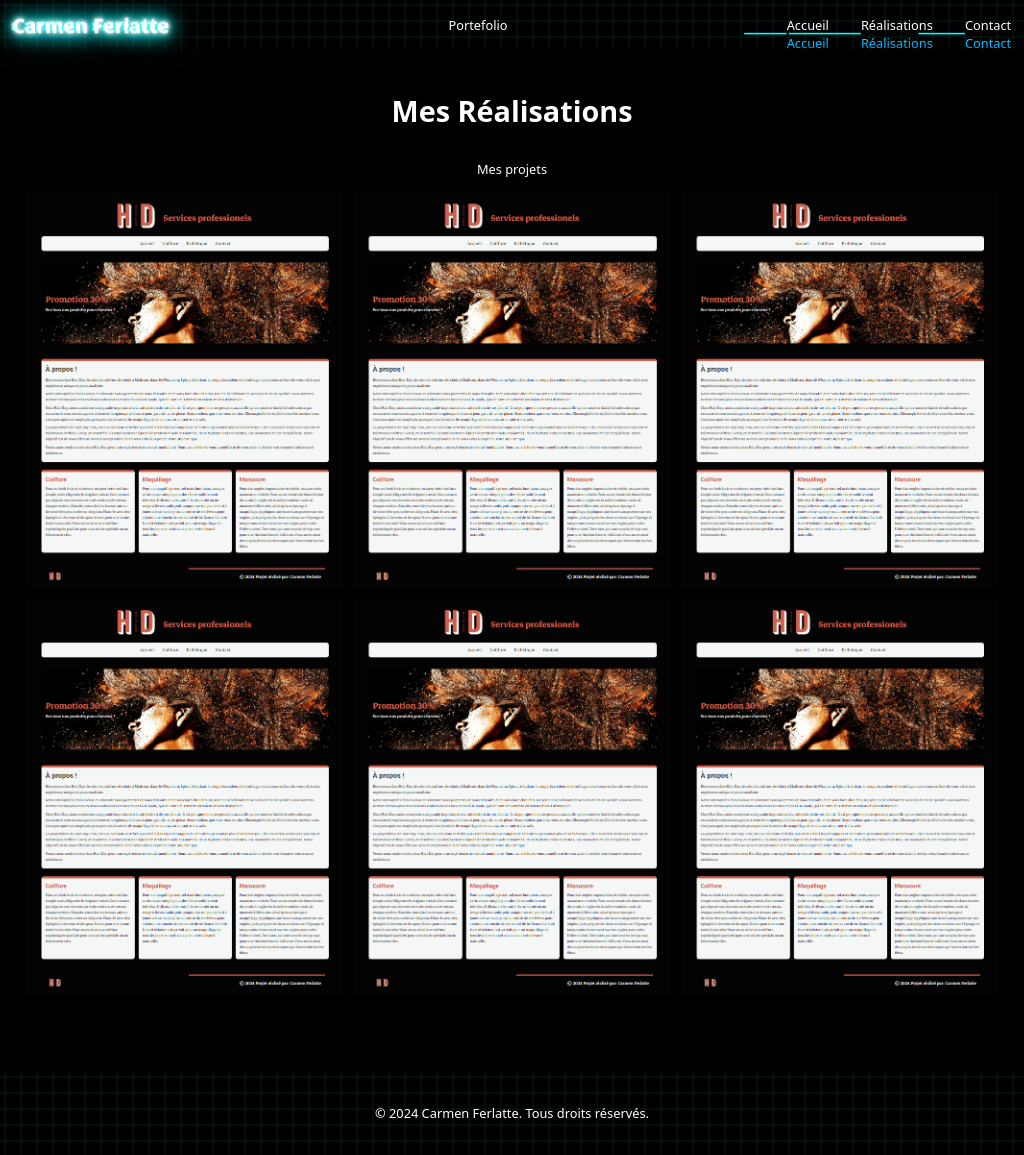
Repository: CarmenFerlatte/TP3__FerlatteCarmen
Page: realisations.html
An editor plug-in stored every save of this project. The page is shown before and after the next save, followed by the edit.
The browser window is 1280 px wide. The pictures show the whole page, at 80% of full size.
Some web libraries are served in a nearby version.

Above is the page before, as saved 2024-08-14 14:47:58.
Console error: TypeError: Cannot read properties of null (reading 'addEventListener')

### realisations.html
<!DOCTYPE html>
<html lang="fr-ca">
<head>
    <meta charset="UTF-8">
    <meta name="viewport" content="width=device-width, initial-scale=1.0">
    <link href="https://cdn.jsdelivr.net/npm/tailwindcss@2.2.19/dist/tailwind.min.css" rel="stylesheet">
    <title>Mon Portefolio</title>
    <script src="https://cdn.tailwindcss.com"></script>
    <link rel="stylesheet" href="https://cdnjs.cloudflare.com/ajax/libs/font-awesome/6.4.0/css/all.min.css">
    <link rel="stylesheet" href="css/navbar.css">
    <script src="https://code.jquery.com/jquery-3.6.0.min.js"></script>
    <script src="js/navbar.js" defer></script>
    <script src="js/script.js" defer></script>
    <script src="js/header.js" defer></script>
    <script>
        $(function(){
            $("#header").load("assets/php/header.html");
            $("#footer").load("assets/php/footer.html");
        });
    </script>
</head>

<body class="bg-black text-white h-dvh">
    <header id="header"></header>

<main>
    <section class="container mx-auto px-4 py-20">
        <h1 class="text-4xl font-bold text-center mb-10 pt-10">Mes Réalisations</h1>
        <h2 class="text-center ">Mes projets</h2>

        <div class="grid grid-cols-2 md:grid-cols-3 gap-3 p-4 w-full m-auto place-items-center">
            <img class="hover:opacity-75" src="img/screenshots/mon_projet__01__salon_de_coiffure.png" alt="image">
            <img class="hover:opacity-75" src="img/screenshots/mon_projet__01__salon_de_coiffure.png" alt="image">
            <img class="hover:opacity-75" src="img/screenshots/mon_projet__01__salon_de_coiffure.png" alt="image">
            <img class="hover:opacity-75" src="img/screenshots/mon_projet__01__salon_de_coiffure.png" alt="image">
            <img class="hover:opacity-75" src="img/screenshots/mon_projet__01__salon_de_coiffure.png" alt="image">
            <img class="hover:opacity-75" src="img/screenshots/mon_projet__01__salon_de_coiffure.png" alt="image">
        </div>
    </section>
</main>

    <footer id="footer"></footer>
</body>
</html>

### css/navbar.css
@keyframes neon-pulse {
    0%, 100% { text-shadow: 0 0 5px #fff, 0 0 10px #fff, 0 0 15px #fff, 0 0 20px #00ffff, 0 0 35px #00ffff, 0 0 40px #00ffff, 0 0 50px #00ffff, 0 0 75px #00ffff; }
    50% { text-shadow: 0 0 2px #fff, 0 0 5px #fff, 0 0 7px #fff, 0 0 10px #00ffff, 0 0 17px #00ffff, 0 0 20px #00ffff, 0 0 25px #00ffff, 0 0 37px #00ffff; }
}

.neon-text {
    animation: neon-pulse 1.5s infinite alternate;
}

.bg-animated {
    background: linear-gradient(-45deg, #000000, #1a1a1a, #000033, #003366);
    background-size: 400% 400%;
    animation: gradient 15s ease infinite;
}

@keyframes gradient {
    0% { background-position: 0% 50%; }
    50% { background-position: 100% 50%; }
    100% { background-position: 0% 50%; }
}

.cyber-grid {
    background-image: linear-gradient(rgba(0, 255, 255, 0.1) 1px, transparent 1px),
                      linear-gradient(90deg, rgba(0, 255, 255, 0.1) 1px, transparent 1px);
    background-size: 20px 20px;
    animation: cyber-grid-move 20s linear infinite;
}

@keyframes cyber-grid-move {
    0% { background-position: 0 0; }
    100% { background-position: 20px 20px; }
}

.nav-link {
    position: relative;
    overflow: hidden;
}

.nav-link::before {
    content: '';
    position: absolute;
    bottom: 0;
    left: 0;
    width: 100%;
    height: 2px;
    background-color: #00ffff;
    transform: translateX(-100%);
    transition: transform 0.3s ease;
}

.nav-link:hover::before {
    transform: translateX(0);
}

.nav-link::after {
    content: attr(data-text);
    position: absolute;
    top: 0;
    left: 0;
    width: 100%;
    height: 100%;
    display: flex;
    align-items: center;
    justify-content: center;
    transform: translateY(100%);
    background: linear-gradient(to bottom, #00ffff, #0080ff);
    -webkit-background-clip: text;
    -webkit-text-fill-color: transparent;
    transition: transform 0.3s ease;
}

.nav-link:hover::after {
    transform: translateY(0);
}

.glitch-effect {
    position: relative;
}

.glitch-effect::before,
.glitch-effect::after {
    content: attr(data-text);
    position: absolute;
    top: 0;
    left: 0;
    width: 100%;
    height: 100%;
    opacity: 0.8;
}

.glitch-effect::before {
    left: 2px;
    text-shadow: -2px 0 #ff00de;
    clip: rect(24px, 550px, 90px, 0);
    animation: glitch-anim 3s infinite linear alternate-reverse;
}

.glitch-effect::after {
    left: -2px;
    text-shadow: -2px 0 #00ffff;
    clip: rect(85px, 550px, 140px, 0);
    animation: glitch-anim 2s infinite linear alternate-reverse;
}

@keyframes glitch-anim {
    0% { clip: rect(39px, 9999px, 71px, 0); }
    20% { clip: rect(3px, 9999px, 5px, 0); }
    40% { clip: rect(6px, 9999px, 38px, 0); }
    60% { clip: rect(13px, 9999px, 43px, 0); }
    80% { clip: rect(44px, 9999px, 93px, 0); }
    100% { clip: rect(54px, 9999px, 47px, 0); }
}

#menu-toggle:checked ~ .menu-icon .hamburger {
    transform: rotate(45deg);
}

#menu-toggle:checked ~ .menu-icon .hamburger::before {
    transform: translateY(8px) rotate(90deg);
}

#menu-toggle:checked ~ .menu-icon .hamburger::after {
    transform: translateY(-8px) rotate(90deg);
}

.hamburger,
.hamburger::before,
.hamburger::after {
    content: '';
    display: block;
    background: #00ffff;
    height: 3px;
    width: 30px;
    transition: transform 0.5s cubic-bezier(0.23, 1, 0.32, 1);
}

.hamburger::before { transform: translateY(-8px); }
.hamburger::after { transform: translateY(8px); }

@media (max-width: 768px) {
    .menu {
        position: fixed;
        top: 60px;
        left: 0;
        width: 100%;
        height: 0;
        background: rgba(0, 0, 0, 0.9);
        overflow: hidden;
        transition: height 0.5s cubic-bezier(0.23, 1, 0.32, 1);
    }

    #menu-toggle:checked ~ .menu {
        height: calc(100vh - 60px);
    }
}

/*-------------Invisible Navbar-------------*/

.navbar-hidden {
    transform: translateY(-100%);
    transition: transform 0.3s ease-in-out;
}

### js/navbar.js
const menuToggle = document.getElementById('menu-toggle');
        const menu = document.querySelector('.menu');

        menuToggle.addEventListener('change', function() {
            if (this.checked) {
                menu.classList.remove('hidden');
                menu.classList.add('flex', 'flex-col', 'items-center', 'justify-center', 'space-y-4');
            } else {
                menu.classList.add('hidden');
                menu.classList.remove('flex', 'flex-col', 'items-center', 'justify-center', 'space-y-4');
            }
        });

        window.addEventListener('resize', function() {
            if (window.innerWidth > 768) {
                menu.classList.remove('hidden', 'flex', 'flex-col', 'items-center', 'justify-center', 'space-y-4');
                menu.classList.add('md:flex', 'md:items-center');
                menuToggle.checked = false;
            } else if (!menuToggle.checked) {
                menu.classList.add('hidden');
                menu.classList.remove('flex', 'flex-col', 'items-center', 'justify-center', 'space-y-4');
            }
        });

// Navbar hidden on scroll down


document.addEventListener('DOMContentLoaded', function () {
            // Charger le header
            $('#header').load('../assets/php/header.html', function() {
                let navbar = document.querySelector('.bg-animated');
                if (navbar) {
                    let lastScrollTop = 0;

                    window.addEventListener('scroll', function () {
                        let scrollTop = window.scrollY || document.documentElement.scrollTop;
                        if (scrollTop > lastScrollTop) {
                            // Scroll down
                            navbar.classList.add('navbar-hidden');
                        } else {
                            // Scroll up
                            navbar.classList.remove('navbar-hidden');
                        }

                        lastScrollTop = scrollTop;
                    });
                } else {
                    console.error('Navbar not found');
                }
            });

            // Charger le footer
            $('#footer').load('../assets/php/footer.html');
        });

### js/script.js
// bouton lien vers la section 1

document.addEventListener('DOMContentLoaded', function () {
    const lienButton = document.querySelector('.btn-lien');
    lienButton.addEventListener('click', function () {
        document.querySelector('#section-1').scrollIntoView({
            behavior: 'smooth'
        });
    });
});

// bouton lien page extene

document.addEventListener('DOMContentLoaded', function () {
    const lienButton = document.querySelector('.btn-lien2');
    lienButton.addEventListener('click', function () {
        window.open('https://www.facebook.com', '_blank');
    });
});

// accordeon //

let elements = document.querySelectorAll("[data-menu]");
for (let i = 0; i < elements.length; i++) {
    let main = elements[i];

    main.addEventListener("click", function () {
        let element = main.parentElement.parentElement;
        let indicators = main.querySelectorAll("img");
        let child = element.querySelector("#menu");
        let h = element.querySelector("#mainHeading>div>p");

        h.classList.toggle("font-semibold");
        child.classList.toggle("hidden");
        // console.log(indicators[0]);
        indicators[0].classList.toggle("rotate-180");
    });
}

### js/header.js
$(function () {
    $('#header').load('assets/php/header.html', function() {
        let navbar = document.querySelector('.bg-animated');
        if (navbar) {
            let lastScrollTop = 0;

            window.addEventListener('scroll', function () {
                let scrollTop = window.scrollY || document.documentElement.scrollTop;
                if (scrollTop > lastScrollTop) {
                    // Scroll down
                    navbar.classList.add('navbar-hidden');
                } else {
                    // Scroll up
                    navbar.classList.remove('navbar-hidden');
                }

                    lastScrollTop = scrollTop;
            });
        } else {
            console.error('Navbar not found');
        }
    });
    $('#footer').load('assets/php/footer.html');
});

### assets/php/header.html
<header>
    <nav class="bg-animated cyber-grid fixed w-full z-50">
        <div class="container mx-auto px-4">
            <div class="flex justify-between items-center py-4">
                <a href="#" class="text-2xl font-bold neon-text glitch-effect" data-text="Carmen Ferlatte">Carmen Ferlatte</a>
                <label for="menu-toggle">Portefolio</label>
                <input type="checkbox" id="menu-toggle" class="hidden">
                <label for="menu-toggle" class="menu-icon cursor-pointer md:hidden">
                    <span class="hamburger"></span>
                </label>
                <ul class="menu hidden md:flex md:items-center space-x-10">
                    <li><a href="index.html" class="nav-link" data-text="Accueil">Accueil</a></li>
                    <li><a href="realisations.html" class="nav-link" data-text="Réalisations">Réalisations</a></li>
                    <li><a href="contact.html" class="nav-link" data-text="Contact">Contact</a></li>
                    <!-- <li><a href="#" class="bg-gradient-to-r from-cyan-500 to-blue-500 text-white font-bold py-2 px-4 rounded hover:from-cyan-600 hover:to-blue-600 transition-all duration-300">Sign Up</a></li> -->
                </ul>
            </div>
        </div>
    </nav>
</header>

### assets/php/footer.html
<footer>
    <div class="container mx-auto px-4 py-10 cyber-grid">
        <p class="text-center text-white">© 2024 Carmen Ferlatte. Tous droits réservés.</p>
   </div>
</footer>

After the next save:
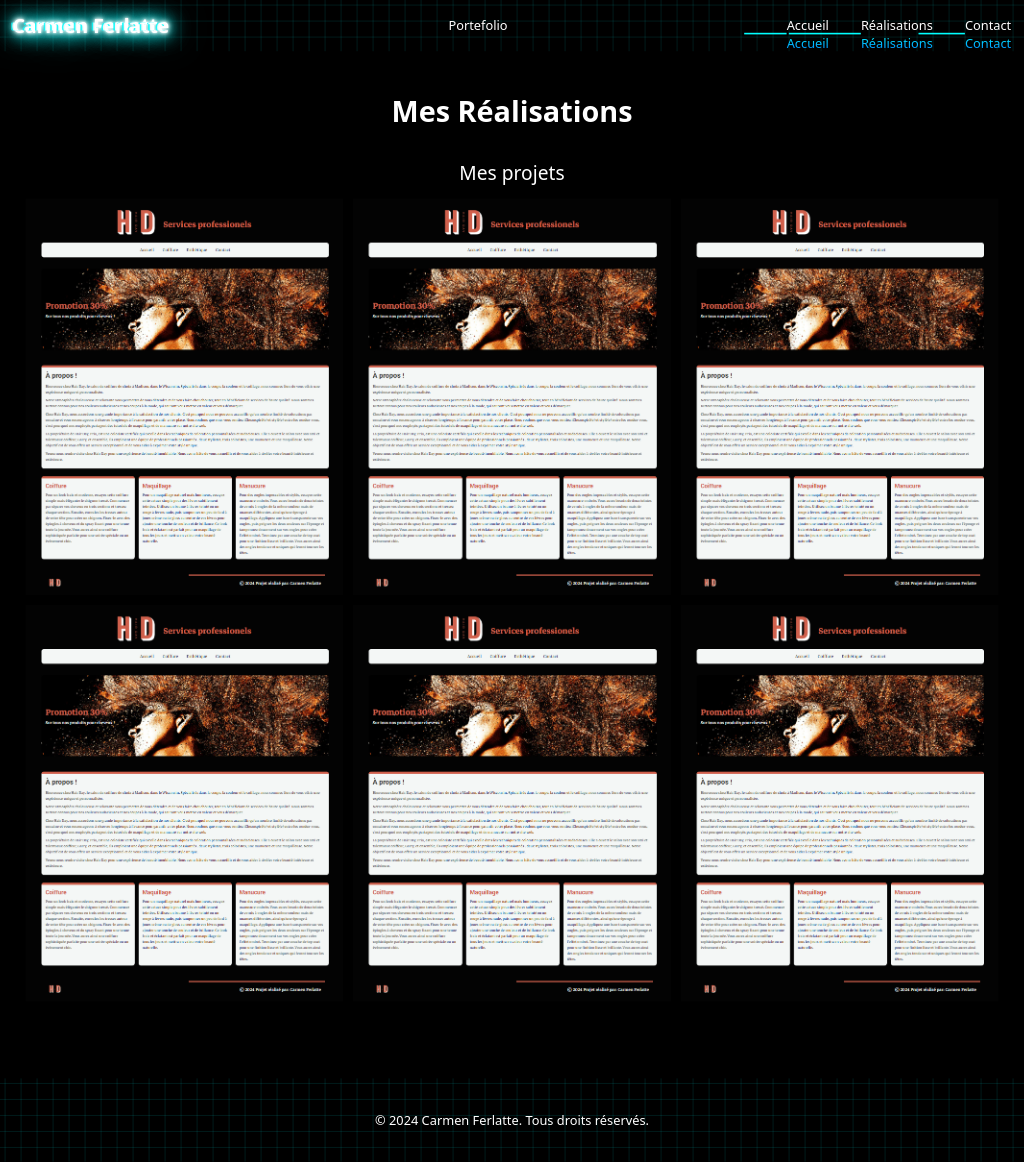
Saved 4 s later.
--- a/realisations.html
+++ b/realisations.html
@@ -26,7 +26,7 @@
 <main>
     <section class="container mx-auto px-4 py-20">
         <h1 class="text-4xl font-bold text-center mb-10 pt-10">Mes Réalisations</h1>
-        <h2 class="text-center ">Mes projets</h2>
+        <h2 class="text-center text-2xl">Mes projets</h2>
 
         <div class="grid grid-cols-2 md:grid-cols-3 gap-3 p-4 w-full m-auto place-items-center">
             <img class="hover:opacity-75" src="img/screenshots/mon_projet__01__salon_de_coiffure.png" alt="image">
